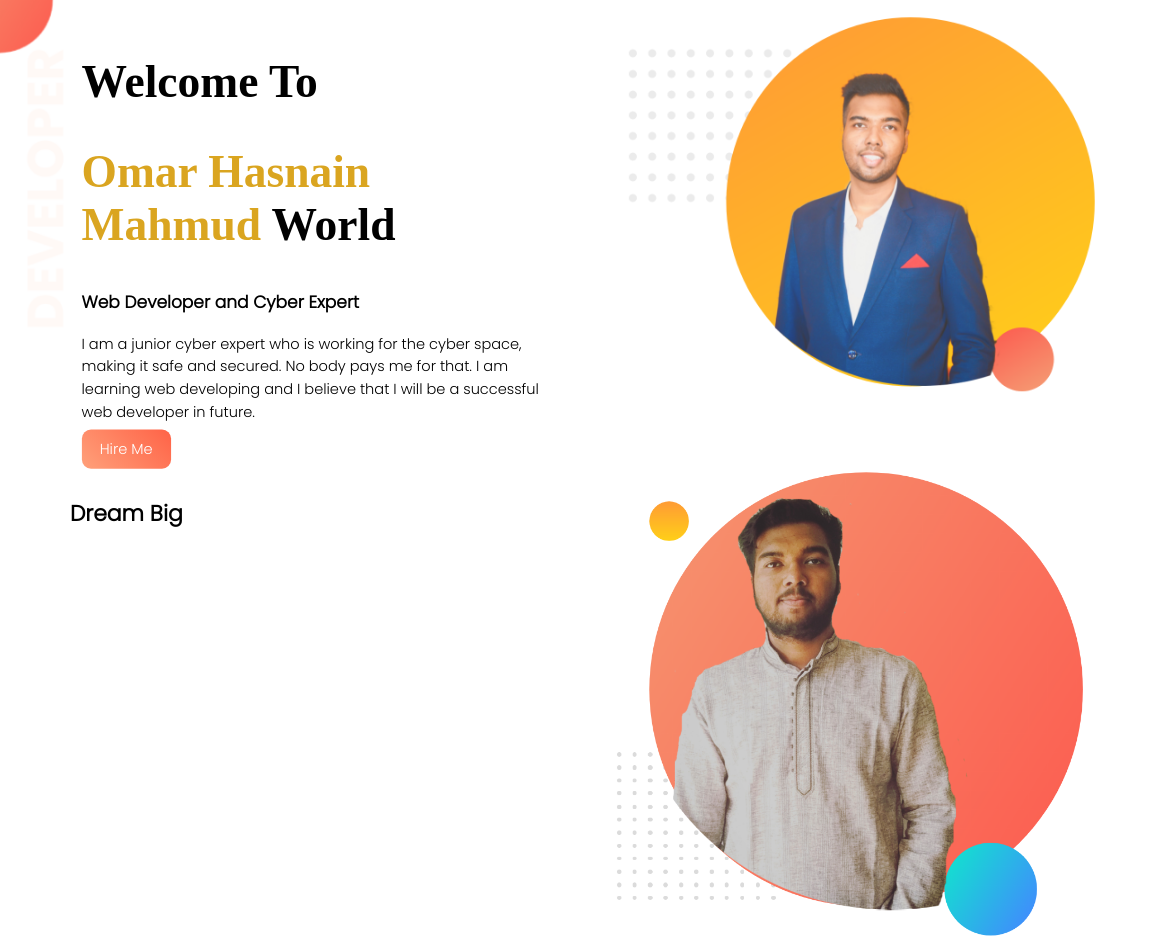
Repository: omarhasnain/web-portfolio
Page: index.html
An editor plug-in stored every save of this project. The page is shown before and after the next save, followed by the edit.
The browser window is 1280 px wide. The pictures show the whole page, at 91% of full size.
Some web fonts or font styles are not loaded; a fallback is used.

Above is the page before, as saved 2021-01-05 23:08:32.

After the next save:
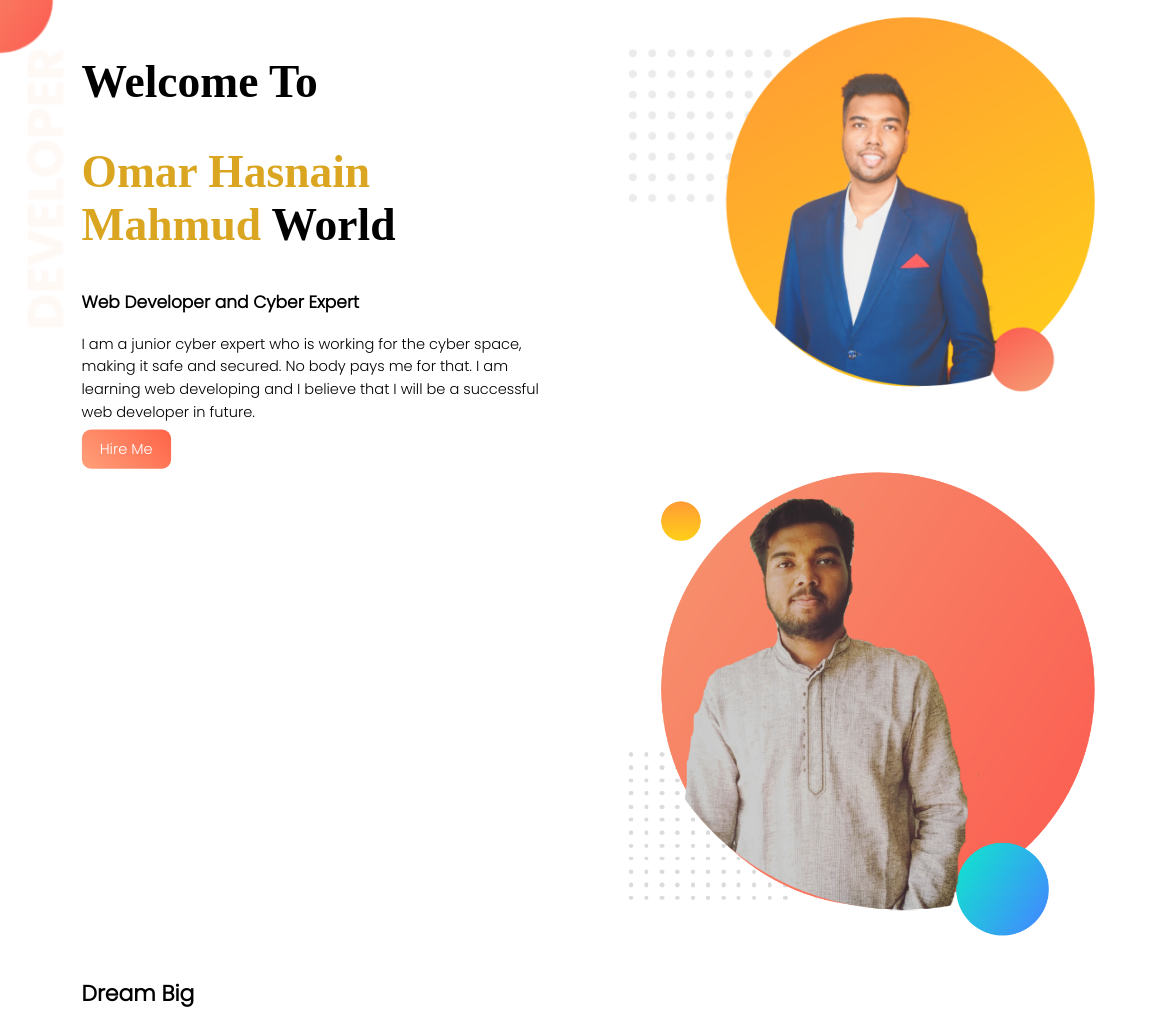
Saved 37 s later.
--- a/index.html
+++ b/index.html
@@ -24,11 +24,11 @@
             </div>
         </section>
         <section class="Future Goal">
-            <div class="again-half-width">
+            <div class="half-width">
             <img src="images/propic.png" alt="">
 
             </div>
-            <div class="again-half-width">
+            <div class="half-width">
                 <h2> Dream Big</h2>
 
             </div>
